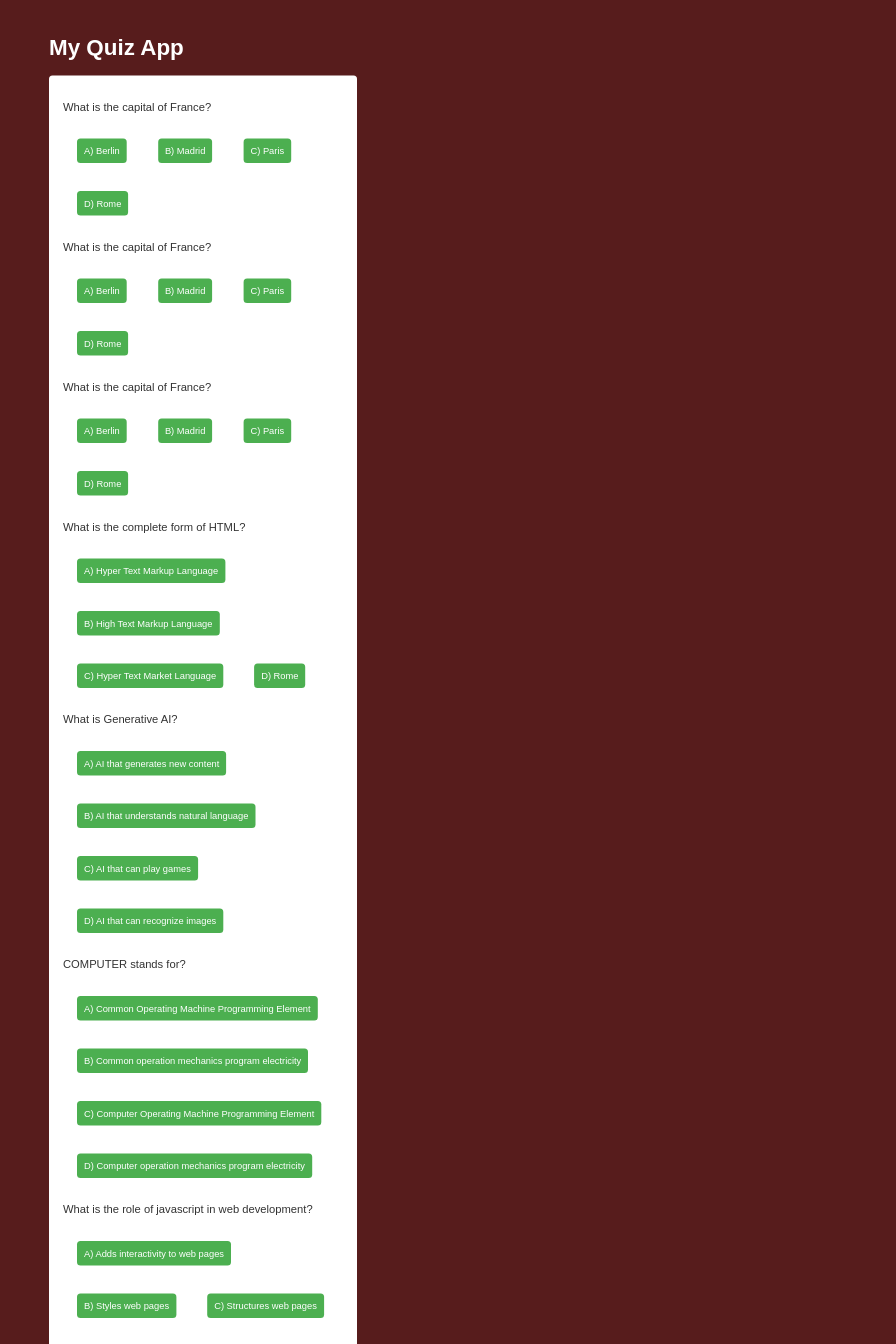
Repository: fatimaqueen9967-eng/SyntacexhubQuizApp
Page: index.html
The author's editor kept a copy of each file at every save. The page is drawn from the files as they stood at one save, then again after the next save.
The browser window is 1280 px wide. The pictures show the part of the page from y = 0 to 1920 px (the page is 4211 px tall before and 2891 px after), at 70% of full size.

Above is the page before, as saved 2026-03-15 06:24:08.

After the next save:
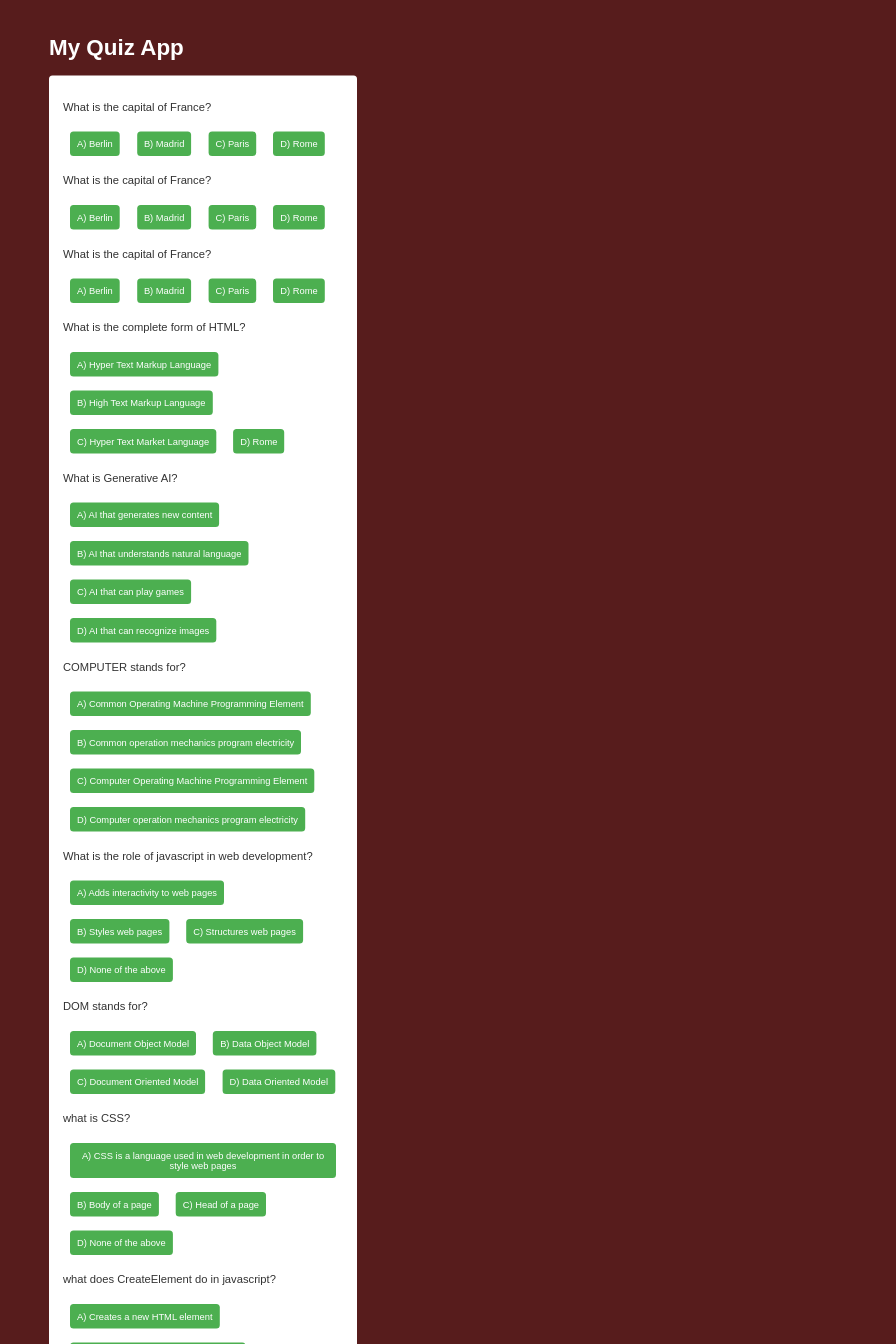
Saved 11 s later.
--- a/style.css
+++ b/style.css
@@ -27,7 +27,7 @@ button {
     background-color: #4CAF50;
     color: white;
     padding: 10px;
-    margin: 20px;
+    margin: 10px;
     border: none;
     border-radius: 5px;
     cursor: pointer;
